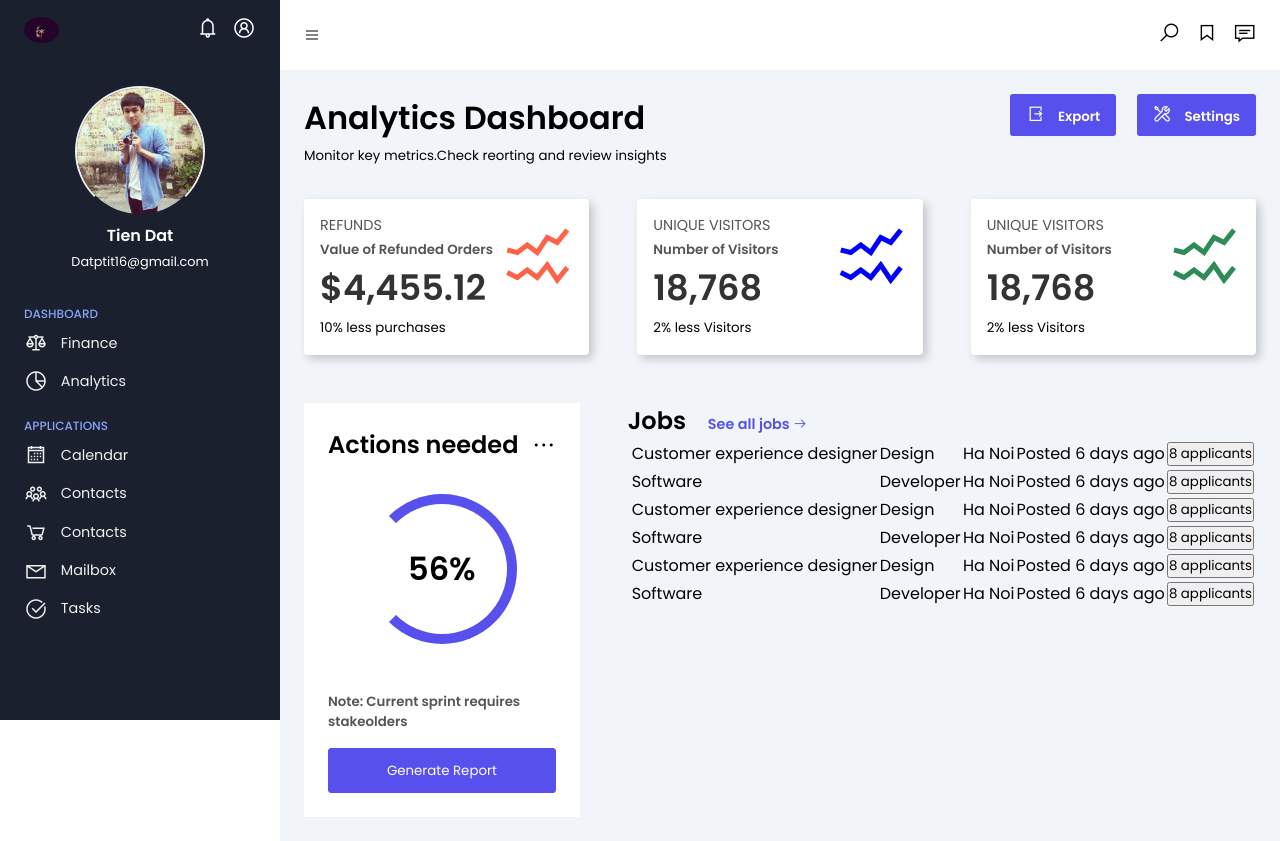
Repository: Datt21/dashboard-fe-project
Page: index.html
An editor plug-in stored every save of this project. The page is shown before and after the next save, followed by the edit.
The browser window is 1280 px wide. The pictures show the whole page.

Above is the page before, as saved 2021-06-08 19:54:46.

After the next save:
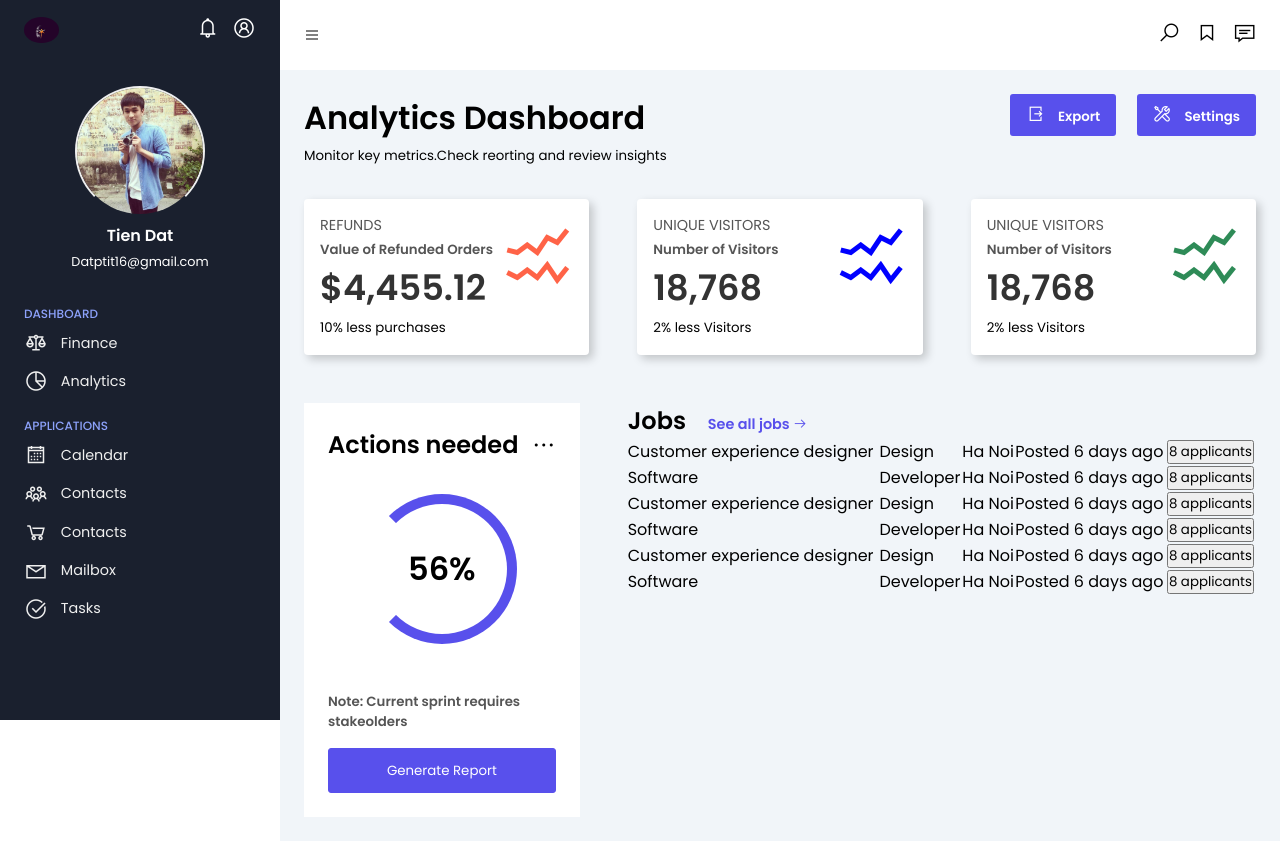
Saved 41 s later.
--- a/assets/css/style.css
+++ b/assets/css/style.css
@@ -274,3 +274,7 @@ main {
      margin-left: 1rem;
      font-size: .9rem;
 }
+
+.jobs table{
+    border-collapse: collapse;
+}
